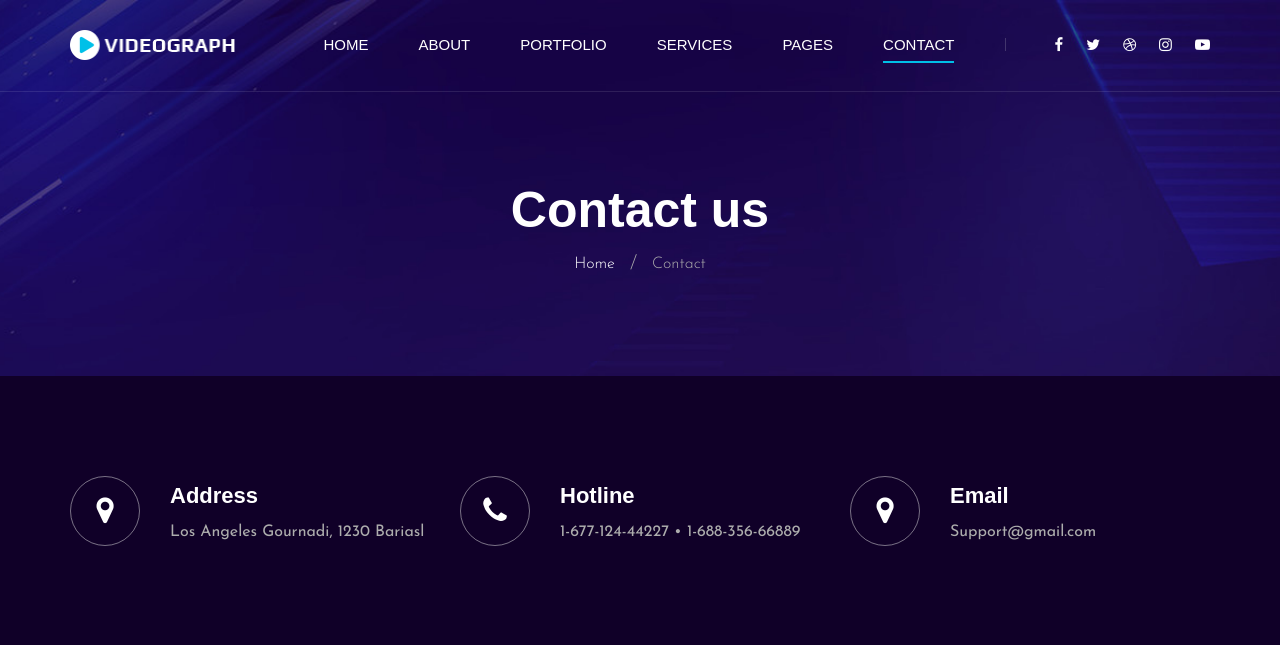
Repository: codexshot/himanshu-portfolio.io
Page: contact.html
The author's editor kept a copy of each file at every save. The page is drawn from the files as they stood at one save, then again after the next save.
The browser window is 1280 px wide. The pictures show the part of the page from y = 0 to 645 px (the page is 1724 px tall).
Pictures or frames that could not be fetched are drawn as grey boxes. Some web fonts or font styles are not loaded; a fallback is used.

Above is the page before, as saved 2024-04-14 18:56:34.

After the next save:
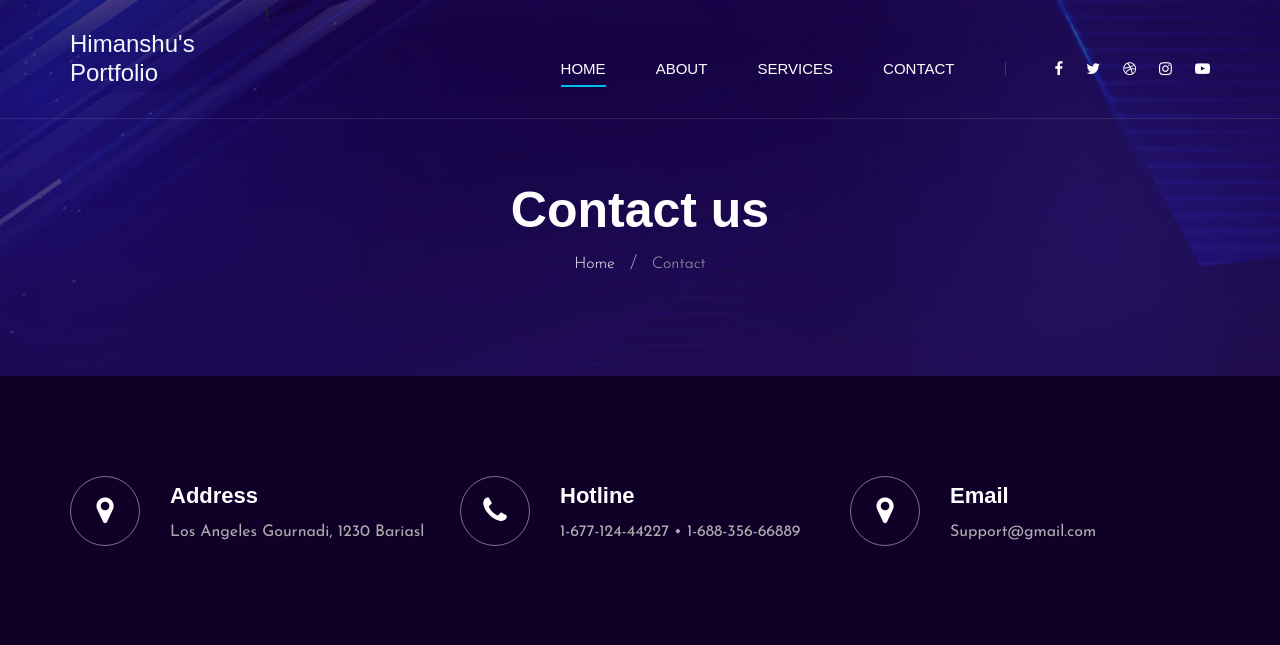
Saved 20 s later.
--- a/contact.html
+++ b/contact.html
@@ -36,26 +36,18 @@
             <div class="row">
                 <div class="col-lg-2">
                     <div class="header__logo">
-                        <a href="./index.html"><img src="img/logo.png" alt=""></a>
-                    </div>
-                </div>
-                <div class="col-lg-10">
+                        <h4 style="color: aliceblue;">Himanshu's Portfolio</h4>
+                    </div>
+                </div>
+                <div class="col-lg-10">l̥
                     <div class="header__nav__option">
                         <nav class="header__nav__menu mobile-menu">
                             <ul>
-                                <li><a href="./index.html">Home</a></li>
+                                <li class="active"><a href="./index.html">Home</a></li>
                                 <li><a href="./about.html">About</a></li>
-                                <li><a href="./portfolio.html">Portfolio</a></li>
+
                                 <li><a href="./services.html">Services</a></li>
-                                <li><a href="#">Pages</a>
-                                    <ul class="dropdown">
-                                        <li><a href="./about.html">About</a></li>
-                                        <li><a href="./portfolio.html">Portfolio</a></li>
-                                        <li><a href="./blog.html">Blog</a></li>
-                                        <li><a href="./blog-details.html">Blog Details</a></li>
-                                    </ul>
-                                </li>
-                                <li class="active"><a href="./contact.html">Contact</a></li>
+                                <li><a href="./contact.html">Contact</a></li>
                             </ul>
                         </nav>
                         <div class="header__nav__social">
